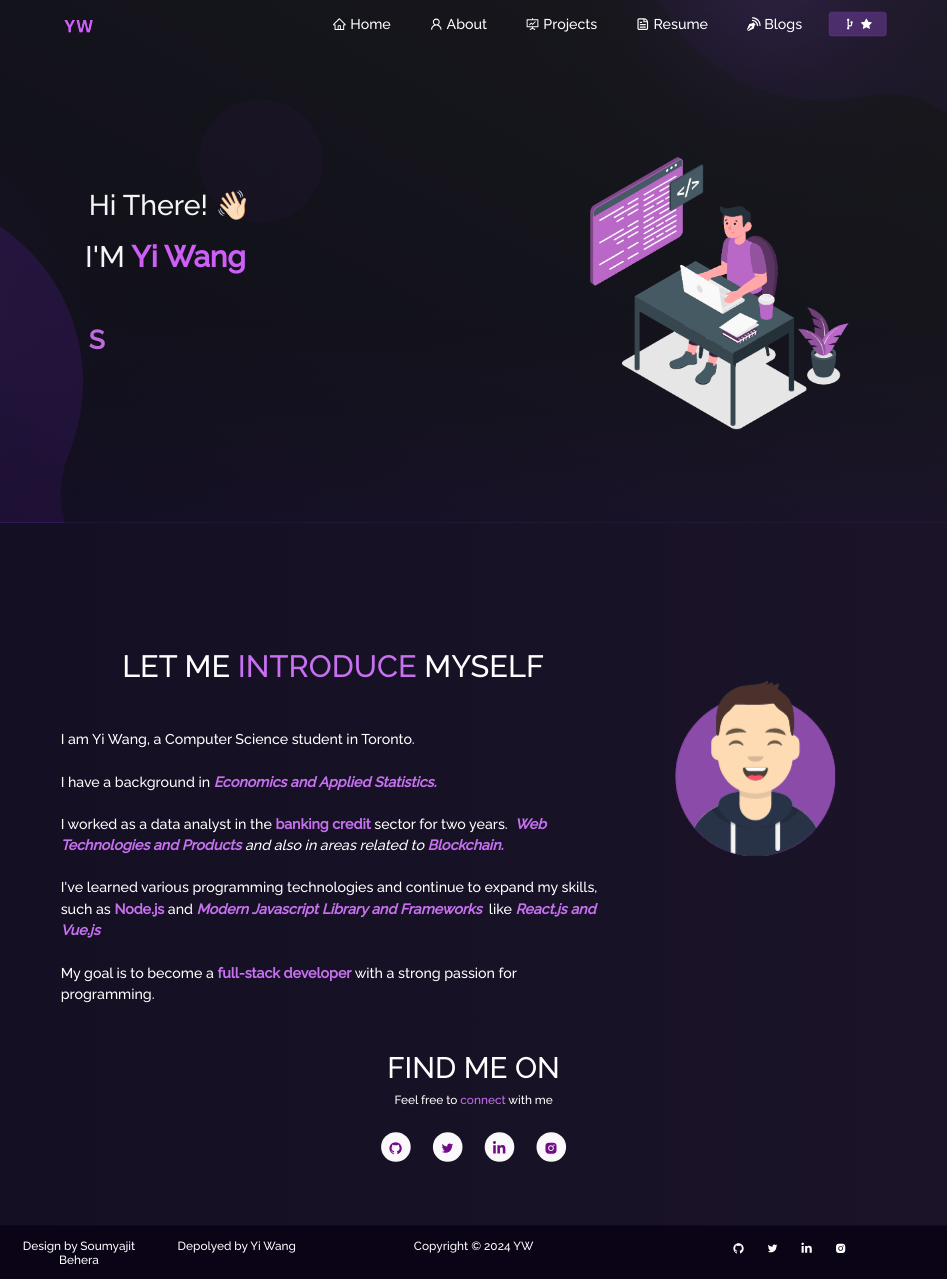
Repository: YiWang24/Portfolio
Page: /
These files come from the project's save history. The page is drawn as it stood at one moment and after a run of saves; the edit follows.
The browser window is 1280 px wide. The pictures show the whole page, at 74% of full size.
The project was rebuilt for these pictures with package versions that can differ from the ones it lists, and the page was loaded fresh each time. Also part of the build but not shown: src/components/About/Github.js, src/components/About/Techstack.js, src/components/About/AboutCard.js, src/components/About/Toolstack.js, src/components/About/About.js, src/components/Projects/ProjectCards.js, src/components/Projects/Projects.js, src/components/Resume/ResumeNew.js. Imported but missing from the stored project, and not drawn on this page: src/Assets/Soumyajit_Behera-BIT_MESRA.pdf.

Above is the page before, as saved 2024-08-21 20:06:31.

After the next 3 saves:
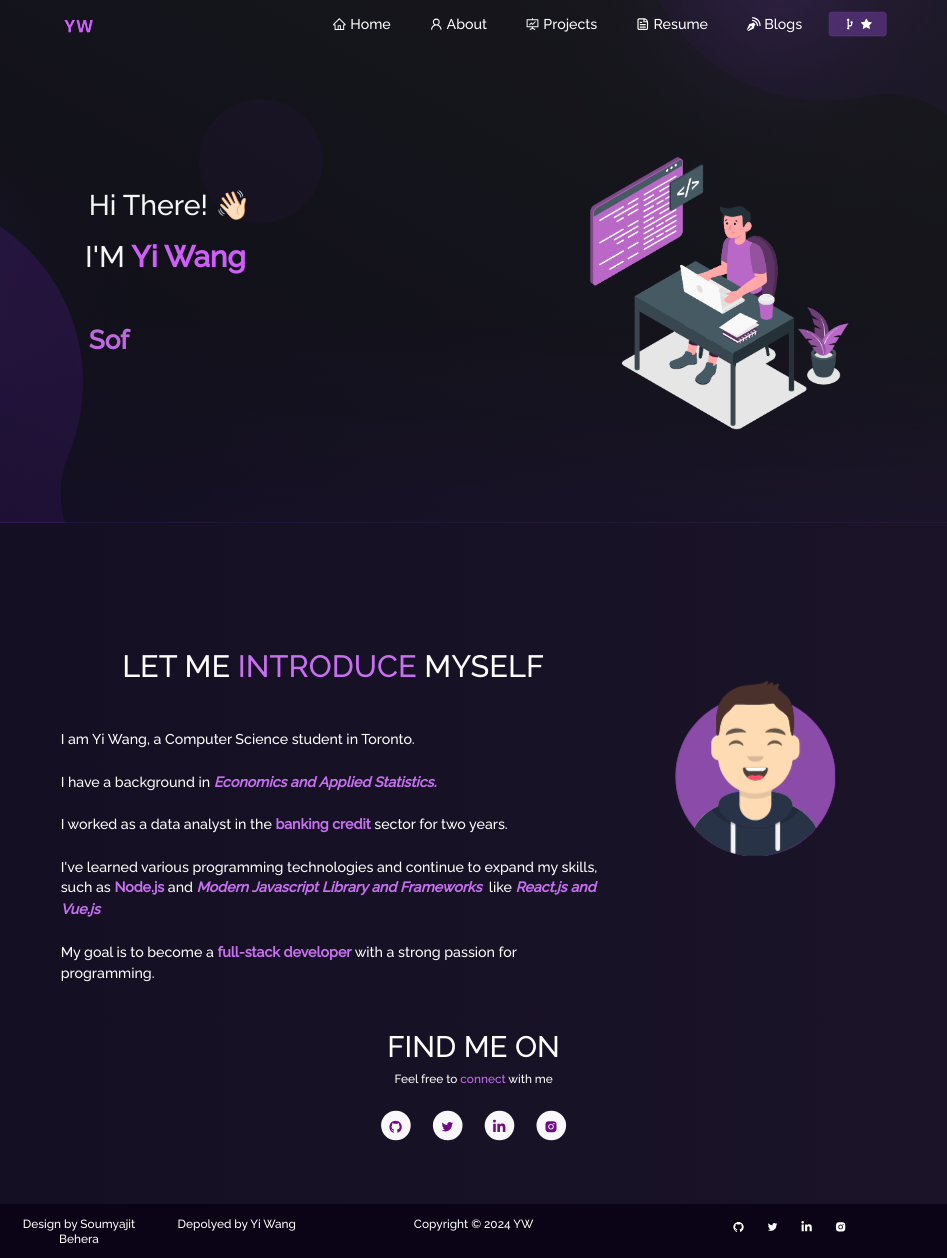
The 3 saves are shown as one change because they came seconds apart.
The last was saved 13 s later.
--- a/src/components/Home/Home2.js
+++ b/src/components/Home/Home2.js
@@ -26,12 +26,9 @@ function Home2() {
                 <b className="purple"> Economics and Applied Statistics. </b>
               </i>
               <br />
-              <br />I worked as a data analyst in the <b className="purple">banking credit </b>sector for
+              <br />I worked as a data analyst in the <i></i><b className="purple">banking credit </b>sector for
               two years. &nbsp;
-              <i>
-                <b className="purple">Web Technologies and Products </b> and
-                also in areas related to <b className="purple">Blockchain.</b>
-              </i>
+
               <br />
               <br />
               I've learned various programming technologies and continue to
